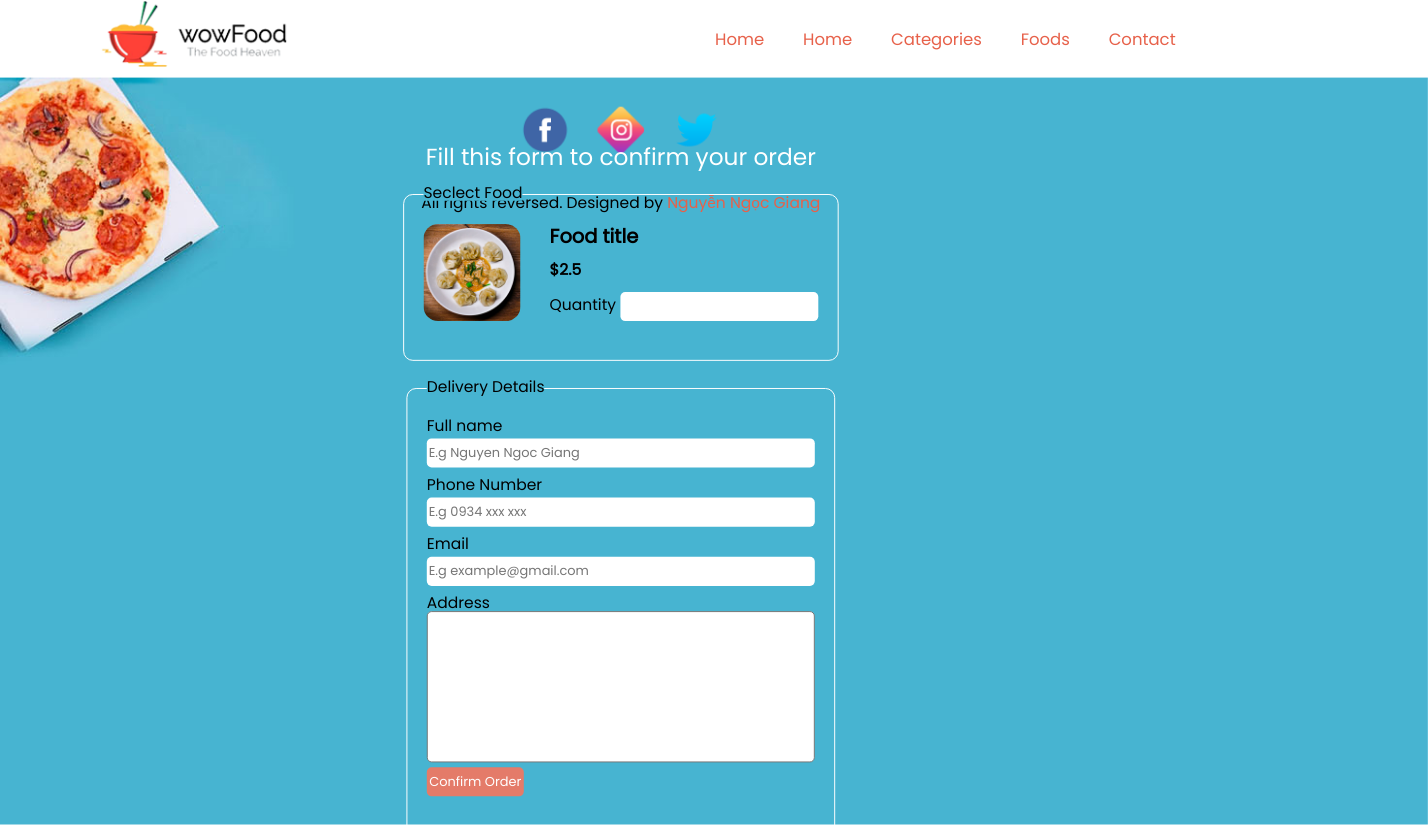
Repository: ruaruababa/WowFood
Page: order.html
The author's editor kept a copy of each file at every save. The page is drawn from the files as they stood at one save, then again after a run of saves.
The browser window is 1280 px wide. The page is 1472 px wide, so the pictures cover 1472 px, including what lies to the right of the window. The pictures show the whole page, at 97% of full size.

Above is the page before, as saved 2021-09-19 22:52:15.

After the next 2 saves:
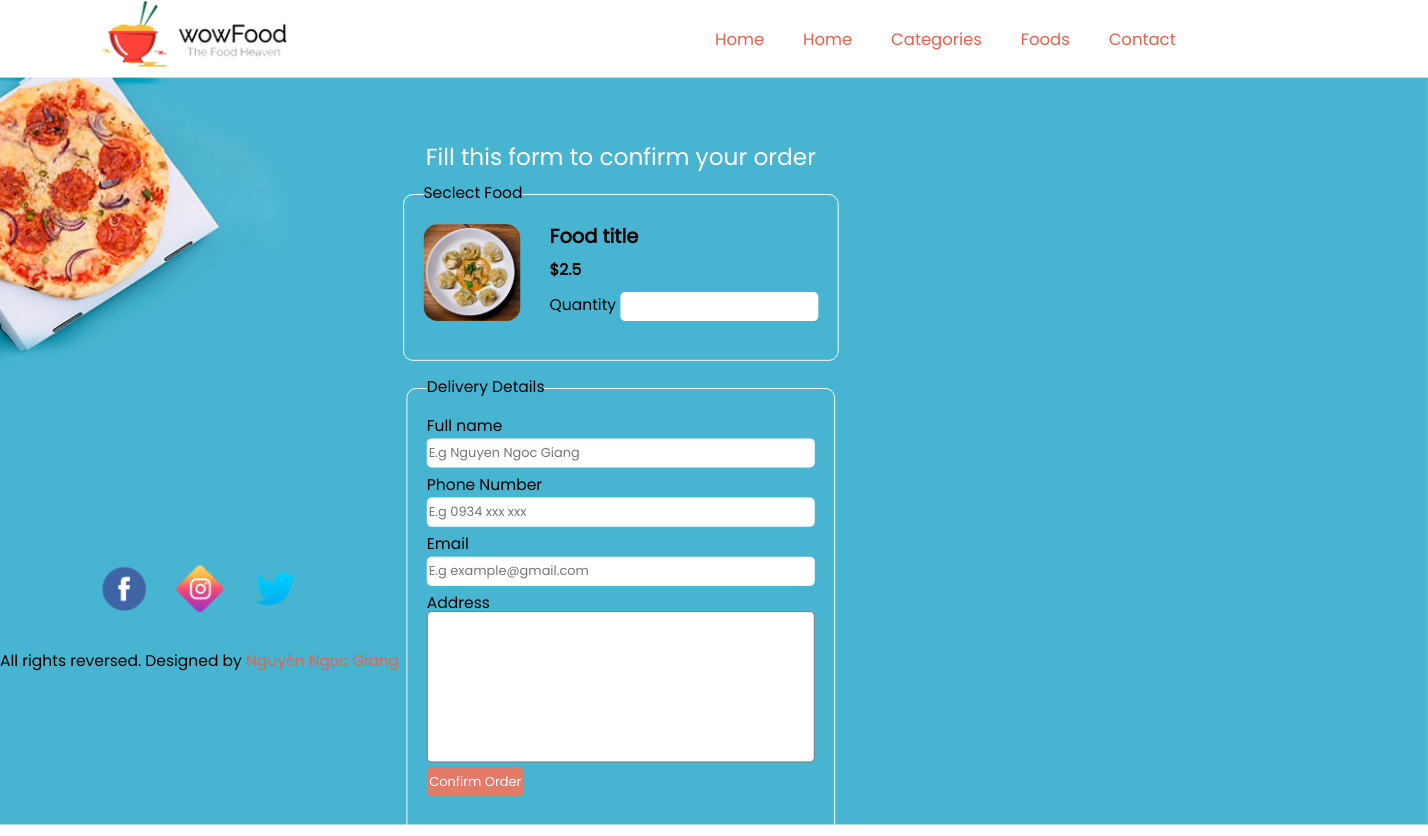
The 2 saves are shown as one change because they came seconds apart.
The last was saved 7 s later.
--- a/order.html
+++ b/order.html
@@ -79,7 +79,7 @@
         </form>
       </div>
     </section>
-    <footer style="postion:absolute; bottom: 0;">
+    <footer style="position:absolute; bottom: 0;">
       <div class="container-footer">
         <div class="social-network-icon">
           <div class="icon-fb">
